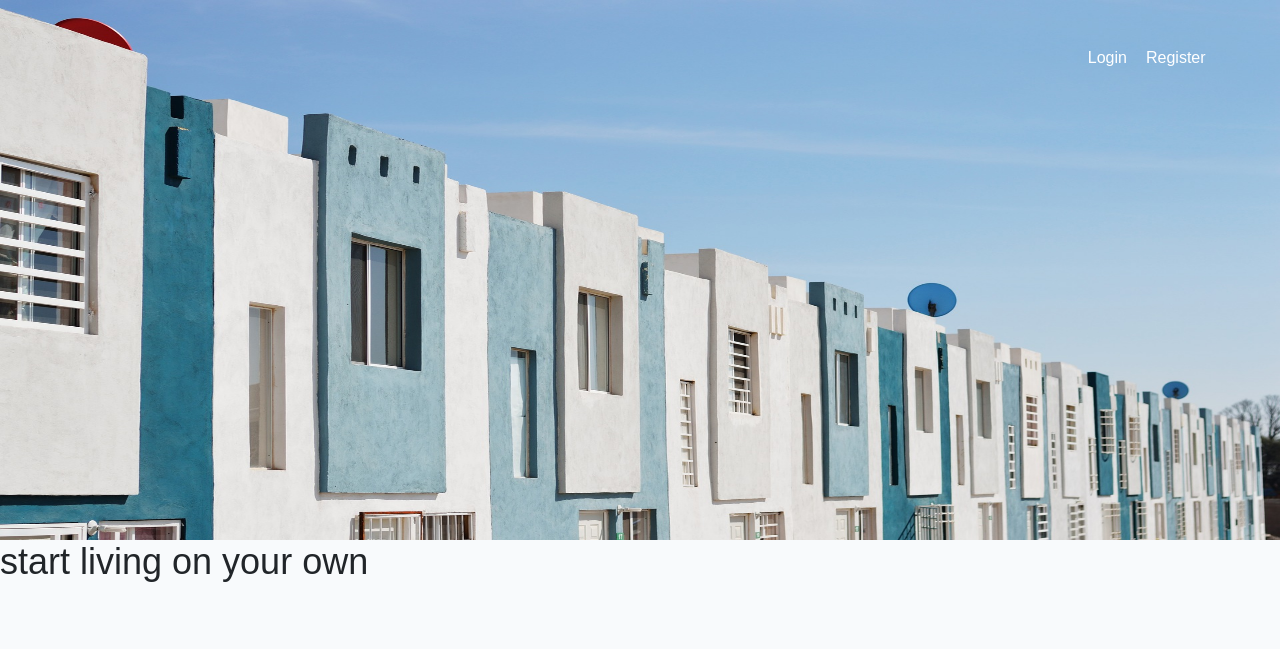
Repository: PatryxB/buildHouse
Page: http://localhost/
The author's editor kept a copy of each file at every save. The page is drawn from the files as they stood at one save, then again after the next save.
The browser window is 1280 px wide. The pictures show the whole page.
Some web fonts or font styles are not loaded; a fallback is used. The page is served by the project's Laravel application, run on PHP 8.4 with Laravel 8. Style sheets and scripts are compiled from the project's sources, by tool versions that may differ from the author's.

Above is the page before, as saved 2020-04-30 20:10:44.

After the next save:
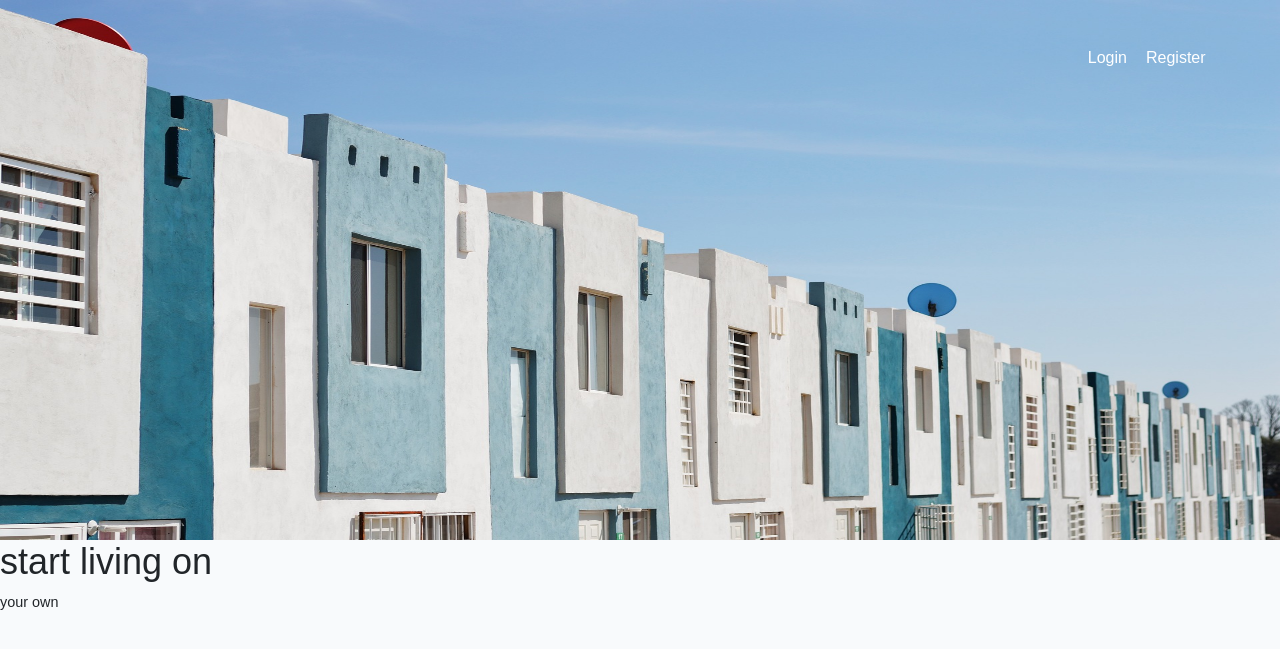
Saved 39 s later.
--- a/resources/views/welcome.blade.php
+++ b/resources/views/welcome.blade.php
@@ -16,7 +16,8 @@
         <section id="welcome">
             <div class="banner">
                 <img src="{{asset('/img/housebanner.jpg')}}" alt="">
-                <h1>start living on your own</h1>
+                <h1>start living on</h1>
+                <p>your own</p>
             </div>
         </section>
 
